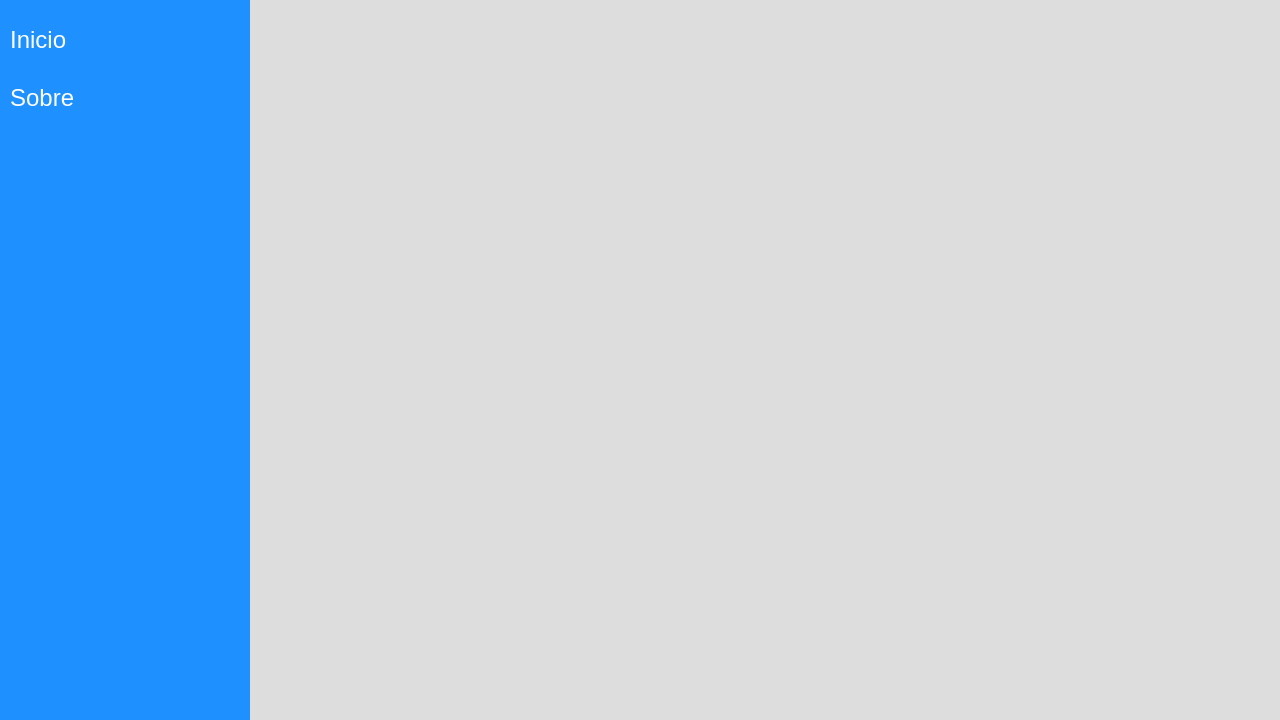
Repository: mateus-henrique-silva/estudos-react
Page: /
These files come from the project's save history. The page is drawn as it stood at one moment and after the next save; the edit follows.
The browser window is 1280 px wide. The pictures show the whole page.
The project was rebuilt for these pictures with package versions that can differ from the ones it lists, and the page was loaded fresh each time. A package was used in the major version that the imports need, not the one package.json lists. Also part of the build but not shown: src/Views/About.jsx.

Above is the page before, as saved 2022-07-11 17:15:07.

### public/index.html
<!DOCTYPE html>
<html lang="en">
  <head>
    <meta charset="utf-8" />
    <link rel="icon" href="%PUBLIC_URL%/favicon.ico" />
    <meta name="viewport" content="width=device-width, initial-scale=1" />
    <title>React App</title>
  </head>
  <body>
    <noscript>You need to enable JavaScript to run this app.</noscript>
    <div id="root"></div>

  </body>
</html>

### src/index.js
import React from 'react';
import ReactDOM from 'react-dom/client';
import App from './Views/App';
import reportWebVitals from './reportWebVitals';
import "./index.css"

const root = ReactDOM.createRoot(document.getElementById('root'));
root.render(
  <React.StrictMode>
    <App />
  </React.StrictMode>
);

// If you want to start measuring performance in your app, pass a function
// to log results (for example: reportWebVitals(console.log))
// or send to an analytics endpoint. Learn more: https://bit.ly/CRA-vitals
reportWebVitals();

### src/Views/App.jsx
import React from "react";
import Content from "../Components/Content/Content";
import Menu from "../Components/Menu/Menu";

import "../Views/App.css";
import { BrowserRouter as Router } from "react-router-dom";

function App() {
  return (
    <div className="App">
      <Router>
        <Menu />
        <Content />
      </Router>
    </div>
  );
}

export default App;

### src/index.css
*{
    font-family:sans-serif;
}

body{
    margin:0;

}

### src/Components/Content/Content.jsx
import React from "react";
import "./Content.css";
import { BrowserRouter as Switch,  Route } from "react-router-dom";
import About from "../../Views/About";
import Home from "../../Views/Home";
const Content = (props) => (
  <main className="content">
    <Switch>
      <Route path="/about">
        <About />
      </Route>
      <Route path="/home">
        <Home />
      </Route>
    </Switch>
  </main>
);
export default Content;

### src/Components/Menu/Menu.jsx
import React from "react";
import "./Menu.css";

const Menu = (props) => (
  <aside className="Menu">
    <nav>
      <ul>
        <li>
          <a href="#">Inicio</a>
        </li>

        <li>
          <a href="#">Sobre</a>
        </li>
      </ul>
    </nav>
  </aside>
);

export default Menu;

### src/Views/App.css
.App{
    display:flex;
    height: 100vh;
}

### src/Components/Content/Content.css
.content{
    display:flex;
    flex-grow: 1;
    background-color: #ddd;
    padding:30px;
}

### src/Components/Menu/Menu.css
.Menu{
    display:flex;
    flex-basis: 250px;
    background-color:#1e90ff;



}

.Menu ul{
    list-style:none;
    padding:0;
}

.Menu li{
    display:flex;

}

.Menu nav{
    flex-grow:1;

}

.Menu li a{
    flex:1;
    margin-bottom: 10px;
    text-decoration: none;
    color: white;
    font-size:1.5rem;
    padding:10px;
}


.Menu li a:hover{
 background: #00000020;
}

### src/Views/Home.jsx
import React from 'react'
// import "./Menu.css"

const Home = props => (
    <aside className="Home">
        Componente Home
    </aside>
)



export default Home

Loaded but not shown: src/reportWebVitals.js (common file)

After the next save:
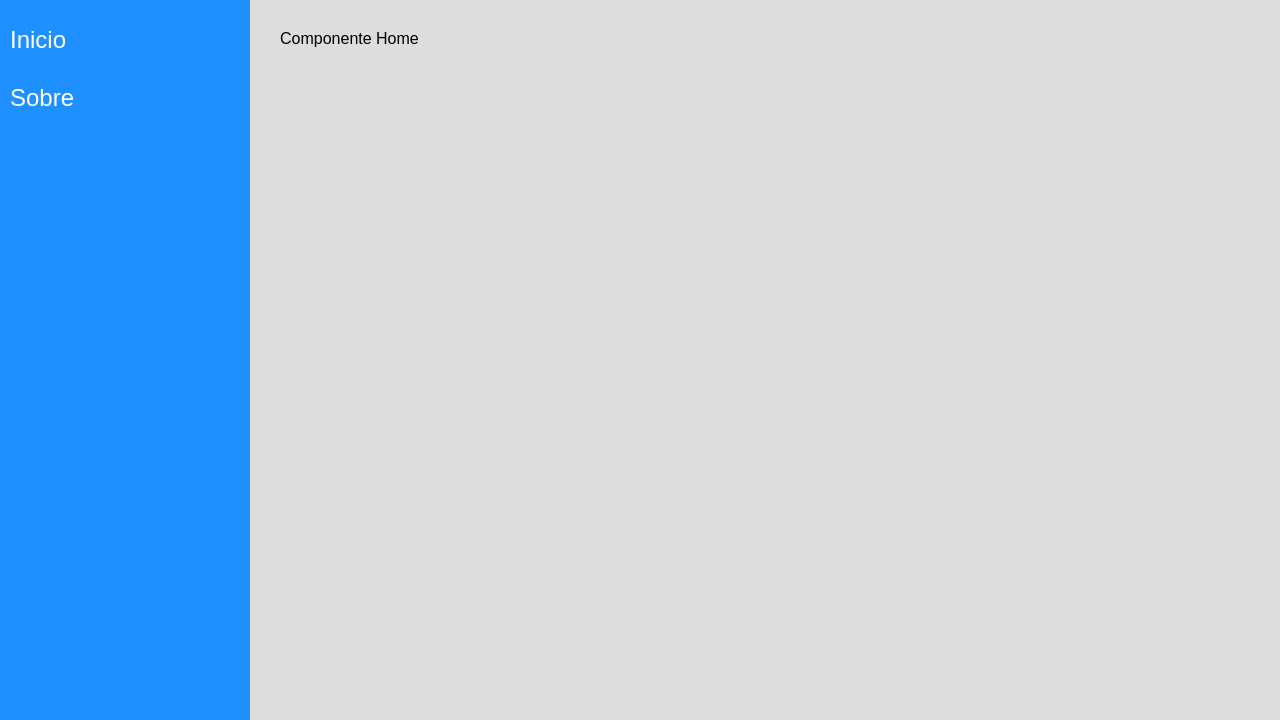
Saved 60 s later.
--- a/src/Components/Content/Content.jsx
+++ b/src/Components/Content/Content.jsx
@@ -9,7 +9,7 @@ const Content = (props) => (
       <Route path="/about">
         <About />
       </Route>
-      <Route path="/home">
+      <Route path="/">
         <Home />
       </Route>
     </Switch>
